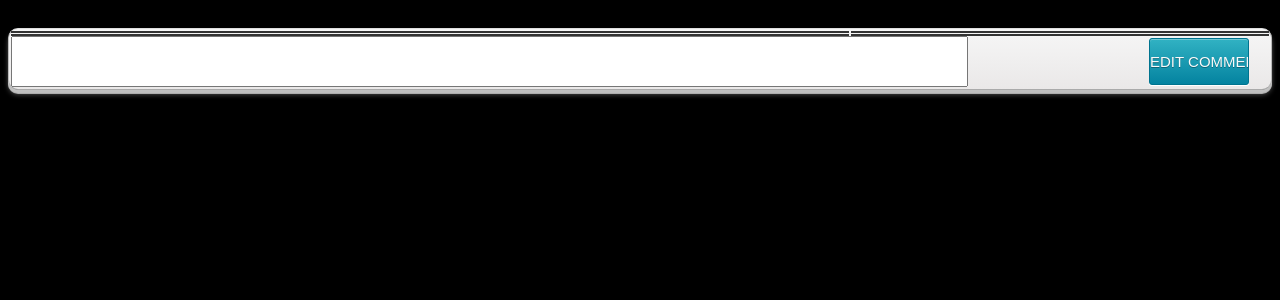
Repository: SuvakovSrdjan/WebForum
Page: http://localhost/Simple-web-forum/EditComment.jsp
The author's editor kept a copy of each file at every save. The page is drawn from the files as they stood at one save, then again after the next save.
The browser window is 1280 px wide. The pictures show the whole page.
The page is served by Tomcat 9. Other server files are loaded and not shown.

Above is the page before, as saved 2017-09-18 19:40:21.

### Simple-web-forum/WebContent/EditComment.jsp
<%@ page language="java" contentType="text/html; charset=UTF-8"
    pageEncoding="UTF-8"%>
<%@taglib uri="http://java.sun.com/jsp/jstl/core" prefix="c"%>
<!DOCTYPE html PUBLIC "-//W3C//DTD HTML 4.01 Transitional//EN" "http://www.w3.org/TR/html4/loose.dtd">
<html>
<head>
<meta http-equiv="Content-Type" content="text/html; charset=UTF-8">
<title>Infinite Comment</title>
<link rel="stylesheet" type="text/css" href="WEB-SRC/StyleSettingsMainPage.css">
</head>
<body>

<form style="padding-top: 20px;" name="msgForm"  method="post" action="InfiniteCommentServlet">
	<table>
		<tr>
			<td colspan = "2"><textarea style="resize: none;" rows="3" cols="117" name="commentText"></textarea></td>
			<td><input style="padding-right: 20px; margin-right: 20px" type="submit" name="addComment" value="Edit Comment" id="submit"></td>
		</tr>
	</table>
</form>

</body>
</html>

### Simple-web-forum/WebContent/WEB-SRC/StyleSettingsMainPage.css
@charset "UTF-8";
body {
	background-color: activecaption;
	font: 12px Lucida sans, Arial, Helvetica, sans-serif;
	color: #333;
	text-align: center;
}

h1 {
	color: white;
}
img{
	width: 50px;
	height: 50px;
	white-space: -o-pre-wrap;
    word-wrap: break-word;
    white-space: pre-wrap;
    white-space: -moz-pre-wrap;
    white-space: -pre-wrap;
}
ul {
	list-style-type:none;
    background-color: #444444;
	background-image: -webkit-gradient(linear, left top, left bottom, from(#444444), to(#eae8e8));
	background-image: -webkit-linear-gradient(top, #f6f6f6, #eae8e8);
	background-image: -moz-linear-gradient(top, #444444, #eae8e8);
	background-image: -ms-linear-gradient(top, #f6f6f6, #eae8e8);
	background-image: -o-linear-gradient(top, #f6f6f6, #eae8e8);
	background-image: linear-gradient(top, #f6f6f6, #eae8e8);
	border-color: #dedede #bababa #aaa #bababa;
	border-style: solid;
	border-width: 1px;
	-webkit-border-radius: 10px;
	-moz-border-radius: 10px;
	border-radius: 10px;
	-webkit-box-shadow: 0 3px 3px rgba(255,255,255,.1), 0 3px 0 #bbb, 0 4px 0 #aaa, 0 5px 5px #444;
	-moz-box-shadow: 0 3px 3px rgba(255,255,255,.1), 0 3px 0 #bbb, 0 4px 0 #aaa, 0 5px 5px #444;
	box-shadow: 0 3px 3px rgba(255,255,255,.1), 0 3px 0 #bbb, 0 4px 0 #aaa, 0 5px 5px #444;




    overflow: auto; /* Enable scrolling if the sidenav has too much content */
}
li {
   float: left;
   background-color: #444444;
	background-image: -webkit-gradient(linear, left top, left bottom, from(#444444), to(#eae8e8));
	background-image: -webkit-linear-gradient(top, #f6f6f6, #eae8e8);
	background-image: -moz-linear-gradient(top, #444444, #eae8e8);
	background-image: -ms-linear-gradient(top, #f6f6f6, #eae8e8);
	background-image: -o-linear-gradient(top, #f6f6f6, #eae8e8);
	background-image: linear-gradient(top, #f6f6f6, #eae8e8);
	border-color: #dedede #bababa #aaa #bababa;
	border-style: solid;
	border-width: 1px;
	-webkit-border-radius: 10px;
	-moz-border-radius: 10px;
	border-radius: 10px;
	-webkit-box-shadow: 0 3px 3px rgba(255,255,255,.1), 0 3px 0 #bbb, 0 4px 0 #aaa, 0 5px 5px #444;
	-moz-box-shadow: 0 3px 3px rgba(255,255,255,.1), 0 3px 0 #bbb, 0 4px 0 #aaa, 0 5px 5px #444;
	box-shadow: 0 3px 3px rgba(255,255,255,.1), 0 3px 0 #bbb, 0 4px 0 #aaa, 0 5px 5px #444;

	overflow: hidden;
	padding: 0px;
}
li:last-child {
    border-right-style: none;
    border-left-style: inset;
    border-left-color: #111111;
    float:right;
}
a {
    display: block;
    padding: 17px;
    background-color: #333333;
}

table{
	list-style-type: circle;
    background-color: #444444;
	background-image: -webkit-gradient(linear, left top, left bottom, from(#444444), to(#eae8e8));
	background-image: -webkit-linear-gradient(top, #f6f6f6, #eae8e8);
	background-image: -moz-linear-gradient(top, #444444, #eae8e8);
	background-image: -ms-linear-gradient(top, #f6f6f6, #eae8e8);
	background-image: -o-linear-gradient(top, #f6f6f6, #eae8e8);
	background-image: linear-gradient(top, #f6f6f6, #eae8e8);
	border-color: #dedede #bababa #aaa #bababa;
	border-style: solid;
	border-width: 1px;
	-webkit-border-radius: 10px;
	-moz-border-radius: 10px;
	border-radius: 10px;
	-webkit-box-shadow: 0 3px 3px rgba(255,255,255,.1), 0 3px 0 #bbb, 0 4px 0 #aaa, 0 5px 5px #444;
	-moz-box-shadow: 0 3px 3px rgba(255,255,255,.1), 0 3px 0 #bbb, 0 4px 0 #aaa, 0 5px 5px #444;
	box-shadow: 0 3px 3px rgba(255,255,255,.1), 0 3px 0 #bbb, 0 4px 0 #aaa, 0 5px 5px #444;
	table-layout: fixed;
	width: 100%;



    overflow: auto; /* Enable scrolling if the sidenav has too much content */
}

 td {
 	background-color: light-yellow;
 	Width: auto;
	Height: auto;
    border-style: none;
    border-top: thick double #333333;
	color: black;
	font-size: medium;
	text-align: left;
	white-space: -o-pre-wrap;
    word-wrap: break-word;
    white-space: pre-wrap;
    white-space: -moz-pre-wrap;
    white-space: -pre-wrap;
    padding: 0px;
 }
 td:img {
 	background-color: light-yellow;
 	Width: 250px;
	Height: 250px;
    border-style: none;
    border-top: thick double #333333;
	color: black;
	font-size: medium;
	text-align: left;
	white-space: -o-pre-wrap;
    word-wrap: break-word;
    white-space: pre-wrap;
    white-space: -moz-pre-wrap;
    white-space: -pre-wrap;
    padding: 0px;
 }
th {
 	background-color: light-yellow;
 	Width: auto;
	Height: auto;
	font-size: large;
    border-style: none;
    padding: 0px;
 }

header {
    background-color: #84e3e9;
    padding: 20px 0;
    padding-left:50px;
	padding-right:50px;
}
a:link {
    color: white;
    text-decoration: none;
    font-style: oblique;
}

/* visited link */
a:visited {
    color: white;
    text-decoration: none;
    font-style: oblique;
}

/* mouse over link */
a:hover {
    background-color: #31b2c3;
	background-image: -webkit-gradient(linear, left top, left bottom, from(#0483a0), to(#31b2c3));
	background-image: -webkit-linear-gradient(top, #0483a0, #31b2c3);
	background-image: -moz-linear-gradient(top, #0483a0, #31b2c3);
	background-image: -ms-linear-gradient(top, #0483a0, #31b2c3);
	background-image: -o-linear-gradient(top, #0483a0, #31b2c3);
	background-image: linear-gradient(top, #0483a0, #31b2c3);
}

/* selected link */
a:active {
    -webkit-box-shadow: 0 1px 4px rgba(0, 0, 0, 0.5) inset;
	-moz-box-shadow: 0 1px 4px rgba(0, 0, 0, 0.5) inset;
	box-shadow: 0 1px 4px rgba(0, 0, 0, 0.5) inset;
	outline: 0;
}


.form-wrapper {
	background-color: #444444;
	background-image: -webkit-gradient(linear, left top, left bottom, from(#444444), to(#eae8e8));
	background-image: -webkit-linear-gradient(top, #f6f6f6, #eae8e8);
	background-image: -moz-linear-gradient(top, #444444, #eae8e8);
	background-image: -ms-linear-gradient(top, #f6f6f6, #eae8e8);
	background-image: -o-linear-gradient(top, #f6f6f6, #eae8e8);
	background-image: linear-gradient(top, #f6f6f6, #eae8e8);
	border-color: #dedede #bababa #aaa #bababa;
	border-style: solid;
	border-width: 1px;
	-webkit-border-radius: 10px;
	-moz-border-radius: 10px;
	border-radius: 10px;
	-webkit-box-shadow: 0 3px 3px rgba(255,255,255,.1), 0 3px 0 #bbb, 0 4px 0 #aaa, 0 5px 5px #444;
	-moz-box-shadow: 0 3px 3px rgba(255,255,255,.1), 0 3px 0 #bbb, 0 4px 0 #aaa, 0 5px 5px #444;
	box-shadow: 0 3px 3px rgba(255,255,255,.1), 0 3px 0 #bbb, 0 4px 0 #aaa, 0 5px 5px #444;

	overflow: hidden;
	padding: 2px;
	width: 450px;
}

.form-wrapper #search {
	border: 1px solid #;
	-webkit-box-shadow: 0 1px 1px #ddd inset, 0 1px 0 #FFF;
	-moz-box-shadow: 0 1px 1px #ddd inset, 0 1px 0 #FFF;
	box-shadow: 0 1px 1px #ddd inset, 0 1px 0 #FFF;
	-webkit-border-radius: 3px;
	-moz-border-radius: 3px;
	border-radius: 3px;
  color: #999;
	float: left;
	font: 16px Lucida Sans, Trebuchet MS, Tahoma, sans-serif;
	height: 12px;
	padding: 10px;
	width: 320px;
}
form{
	float: left;
}

.form-wrapper #search:focus {
	border-color: #aaa;
	-webkit-box-shadow: 0 1px 1px #bbb inset;
	-moz-box-shadow: 0 1px 1px #bbb inset;
	box-shadow: 0 1px 1px #bbb inset;
	outline: 0;
}

.form-wrapper #search:-moz-placeholder,
.form-wrapper #search:-ms-input-placeholder,
.form-wrapper #search::-webkit-input-placeholder {
	color: #999;
	font-weight: normal;
}

.form-wrapper #submit {
	background-color: #0483a0;
	background-image: -webkit-gradient(linear, left top, left bottom, from(#31b2c3), to(#0483a0));
	background-image: -webkit-linear-gradient(top, #31b2c3, #0483a0);
	background-image: -moz-linear-gradient(top, #31b2c3, #0483a0);
	background-image: -ms-linear-gradient(top, #31b2c3, #0483a0);
	background-image: -o-linear-gradient(top, #31b2c3, #0483a0);
	background-image: linear-gradient(top, #31b2c3, #0483a0);
	border: 1px solid #00748f;
	-moz-border-radius: 3px;
	-webkit-border-radius: 3px;
	border-radius: 3px;
	-webkit-box-shadow: 0 1px 0 rgba(255, 255, 255, 0.3) inset, 0 1px 0 #FFF;
	-moz-box-shadow: 0 1px 0 rgba(255, 255, 255, 0.3) inset, 0 1px 0 #FFF;
	box-shadow: 0 1px 0 rgba(255, 255, 255, 0.3) inset, 0 1px 0 #FFF;
	color: #fafafa;
	cursor: pointer;
	height: 42px;
	float: right;
	font: 15px Arial, Helvetica;
	padding: 0;
	text-transform: uppercase;
	text-shadow: 0 1px 0 rgba(0, 0 ,0, .3);
	width: 100px;
}

.form-wrapper #submit:hover,
.form-wrapper #submit:focus {
	background-color: #31b2c3;
	background-image: -webkit-gradient(linear, left top, left bottom, from(#0483a0), to(#31b2c3));
	background-image: -webkit-linear-gradient(top, #0483a0, #31b2c3);
	background-image: -moz-linear-gradient(top, #0483a0, #31b2c3);
	background-image: -ms-linear-gradient(top, #0483a0, #31b2c3);
	background-image: -o-linear-gradient(top, #0483a0, #31b2c3);
	background-image: linear-gradient(top, #0483a0, #31b2c3);
}

.form-wrapper #submit:active {
	-webkit-box-shadow: 0 1px 4px rgba(0, 0, 0, 0.5) inset;
	-moz-box-shadow: 0 1px 4px rgba(0, 0, 0, 0.5) inset;
	box-shadow: 0 1px 4px rgba(0, 0, 0, 0.5) inset;
	outline: 0;
}

.form-wrapper #submit::-moz-focus-inner {
	border: 0;
}

form #submit {
	background-color: #0483a0;
	background-image: -webkit-gradient(linear, left top, left bottom, from(#31b2c3), to(#0483a0));
	background-image: -webkit-linear-gradient(top, #31b2c3, #0483a0);
	background-image: -moz-linear-gradient(top, #31b2c3, #0483a0);
	background-image: -ms-linear-gradient(top, #31b2c3, #0483a0);
	background-image: -o-linear-gradient(top, #31b2c3, #0483a0);
	background-image: linear-gradient(top, #31b2c3, #0483a0);
	border: 1px solid #00748f;
	-moz-border-radius: 3px;
	-webkit-border-radius: 3px;
	border-radius: 3px;
	-webkit-box-shadow: 0 1px 0 rgba(255, 255, 255, 0.3) inset, 0 1px 0 #FFF;
	-moz-box-shadow: 0 1px 0 rgba(255, 255, 255, 0.3) inset, 0 1px 0 #FFF;
	box-shadow: 0 1px 0 rgba(255, 255, 255, 0.3) inset, 0 1px 0 #FFF;
	color: #fafafa;
	cursor: pointer;
	height: 47px;
	float: right;
	font: 15px Arial, Helvetica;
	padding: 0px;
	text-transform: uppercase;
	text-shadow: 0 1px 0 rgba(0, 0 ,0, .3);
	width: 100px;
}

form #submit:hover,
form #submit:focus {
	background-color: #31b2c3;
	background-image: -webkit-gradient(linear, left top, left bottom, from(#0483a0), to(#31b2c3));
	background-image: -webkit-linear-gradient(top, #0483a0, #31b2c3);
	background-image: -moz-linear-gradient(top, #0483a0, #31b2c3);
	background-image: -ms-linear-gradient(top, #0483a0, #31b2c3);
	background-image: -o-linear-gradient(top, #0483a0, #31b2c3);
	background-image: linear-gradient(top, #0483a0, #31b2c3);
}

form #submit:active {
	-webkit-box-shadow: 0 1px 4px rgba(0, 0, 0, 0.5) inset;
	-moz-box-shadow: 0 1px 4px rgba(0, 0, 0, 0.5) inset;
	box-shadow: 0 1px 4px rgba(0, 0, 0, 0.5) inset;
	outline: 0;
}

form #submit::-moz-focus-inner {
	border: 0;
}

After the next save:
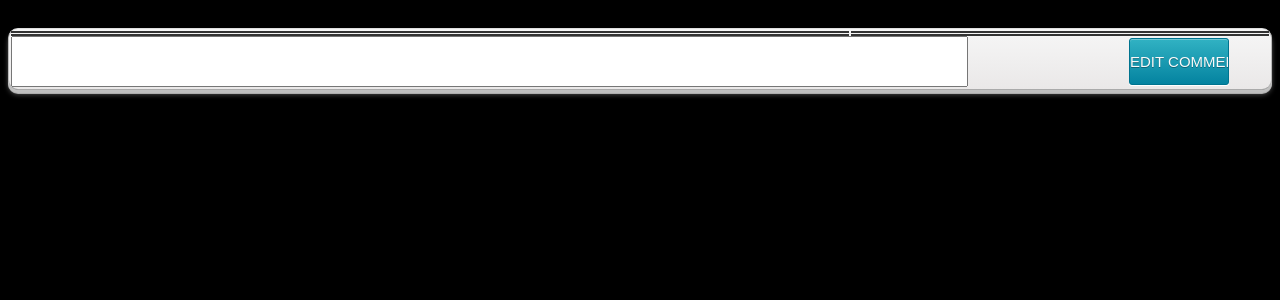
Saved 6 s later.
--- a/Simple-web-forum/WebContent/EditComment.jsp
+++ b/Simple-web-forum/WebContent/EditComment.jsp
@@ -14,7 +14,7 @@
 	<table>
 		<tr>
 			<td colspan = "2"><textarea style="resize: none;" rows="3" cols="117" name="commentText"></textarea></td>
-			<td><input style="padding-right: 20px; margin-right: 20px" type="submit" name="addComment" value="Edit Comment" id="submit"></td>
+			<td><input style="padding-right: 20px; margin-right: 40px" type="submit" name="addComment" value="Edit Comment" id="submit"></td>
 		</tr>
 	</table>
 </form>
